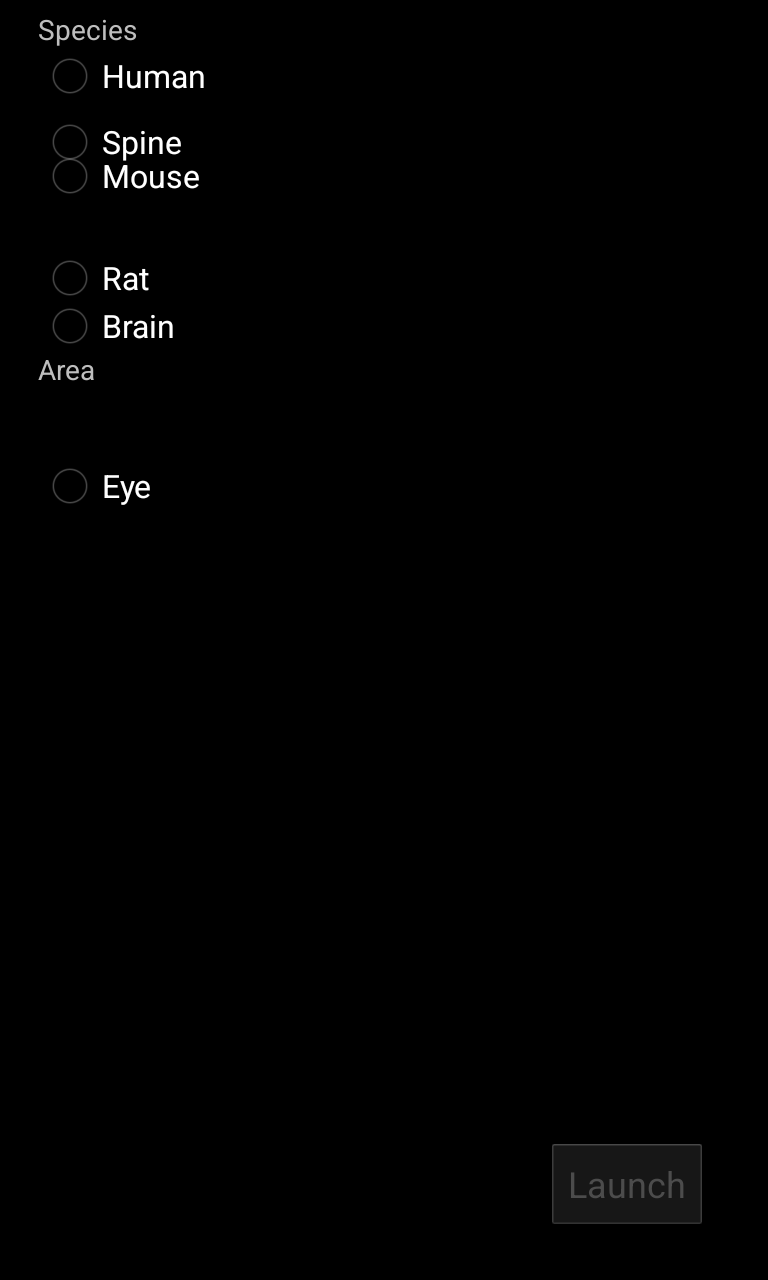
Repository: Ekarg/CSCE315Project3
Layout: Project3/res/layout/activity_main.xml
The author's editor kept a copy of each file at every save. The layout is drawn from the files as they stood at one save, then again after the next save.
It is drawn on a 768 x 1280 px phone screen (xhdpi) without system bars, with theme android:Theme.Holo; the app's code is not run.

Above is the layout before, as saved 2013-11-27 20:01:26.

### Project3/res/layout/activity_main.xml
<RelativeLayout xmlns:android="http://schemas.android.com/apk/res/android"
    xmlns:tools="http://schemas.android.com/tools"
    android:layout_width="match_parent"
    android:layout_height="match_parent"
    android:paddingBottom="5dp"
    android:paddingLeft="5dp"
    android:paddingRight="5dp"
    android:paddingTop="5dp"
    tools:context=".MainActivity" >

    <Button
        android:id="@+id/button1"
        android:layout_width="wrap_content"
        android:layout_height="wrap_content"
        android:layout_alignParentBottom="true"
        android:layout_alignParentRight="true"
        android:layout_marginBottom="19dp"
        android:layout_marginRight="24dp"
        android:enabled = "false"
		android:onClick="launch"
        android:text="@string/Button" />

    <TextView
        android:id="@+id/textView1"
        android:layout_width="wrap_content"
        android:layout_height="wrap_content"
        android:layout_marginLeft="14dp"
        android:layout_alignParentTop="true"
        android:text="@string/species" />

   <RadioGroup
        android:id="@+id/radioGroup1"
        android:layout_width="fill_parent"
        android:layout_height="wrap_content"
        android:layout_alignParentTop="true"
        android:layout_centerHorizontal="true"
        android:orientation="vertical" >

        <RadioButton
            android:id="@+id/radioButton1"
            android:layout_width="wrap_content"
            android:layout_height="wrap_content"
            android:layout_marginLeft="14dp"
            android:checked = "false"
            android:layout_marginTop="17dp"
            android:text="@string/human"
            android:onClick="onRadioButtonClicked"/>

        <RadioButton
            android:id="@+id/radioButton2"
            android:layout_width="wrap_content"
            android:layout_height="wrap_content"
            android:layout_marginLeft="14dp"
            android:checked = "false"
            android:layout_marginTop="18dp"
            android:text="@string/mouse"
            android:onClick="onRadioButtonClicked"/>

        <RadioButton
            android:id="@+id/radioButton3"
            android:layout_width="wrap_content"
            android:layout_height="wrap_content"
            android:layout_marginLeft="14dp"
            android:checked = "false"
            android:layout_marginTop="19dp"
            android:text="@string/rat"
            android:onClick="onRadioButtonClicked"/>
    </RadioGroup>

    <TextView
        android:id="@+id/textView2"
        android:layout_width="wrap_content"
        android:layout_height="wrap_content"
        android:layout_alignLeft="@+id/textView1"
        android:layout_below="@+id/radioGroup1"
        android:layout_marginTop="20dp"
        android:text="@string/area"
        android:onClick="onRadioButtonClicked" />

     <RadioGroup
        android:id="@+id/radioGroup2"
        android:layout_width="fill_parent"
        android:layout_height="wrap_content"
        android:checked = "false"
        android:layout_alignParentTop="true"
        android:layout_centerHorizontal="true"
        android:orientation="vertical" >

	    <RadioButton
	        android:id="@+id/radioButton4"
	        android:layout_width="wrap_content"
	        android:layout_height="wrap_content"
	        android:checked = "false"
	        android:layout_marginLeft="14dp"
	        android:layout_marginTop="50dp"
	        android:text="@string/spine"
	        android:onClick="onRadioButtonClicked"/>

	    <RadioButton
	        android:id="@+id/radioButton5"
	        android:layout_width="wrap_content"
	        android:layout_height="wrap_content"
	        android:layout_marginLeft="14dp"
	        android:layout_marginTop="60dp"
	        android:checked="false"
	        android:onClick="onRadioButtonClicked"
	        android:text="@string/brain" />

	     <RadioButton
         android:id="@+id/radioButton6"
         android:layout_width="wrap_content"
         android:layout_height="wrap_content"
         android:checked = "false"
         android:layout_marginLeft="14dp"
         android:layout_marginTop="48dp"
         android:text="@string/eye"
         android:onClick="onRadioButtonClicked" />
	</RadioGroup>



</RelativeLayout>

### Project3/res/values/strings.xml
<?xml version="1.0" encoding="utf-8"?>
<resources>

    <string name="app_name">Show Me the.... Neuron!</string>
    <string name="action_settings">Settings</string>
    <string name="hello_world">Hello world!</string>
    <string name="Button">Launch</string>
    <string name="title_activity_second">Neuron Display</string>
    <string name="species">Species</string>
    <string name="human">Human</string>
    <string name="mouse">Mouse</string>
    <string name="rat">Rat</string>
    <string name="area">Area</string>
    <string name="eye">Eye</string>
    <string name="brain">Brain</string>
    <string name="spine">Spine</string>


</resources>

After the next save:
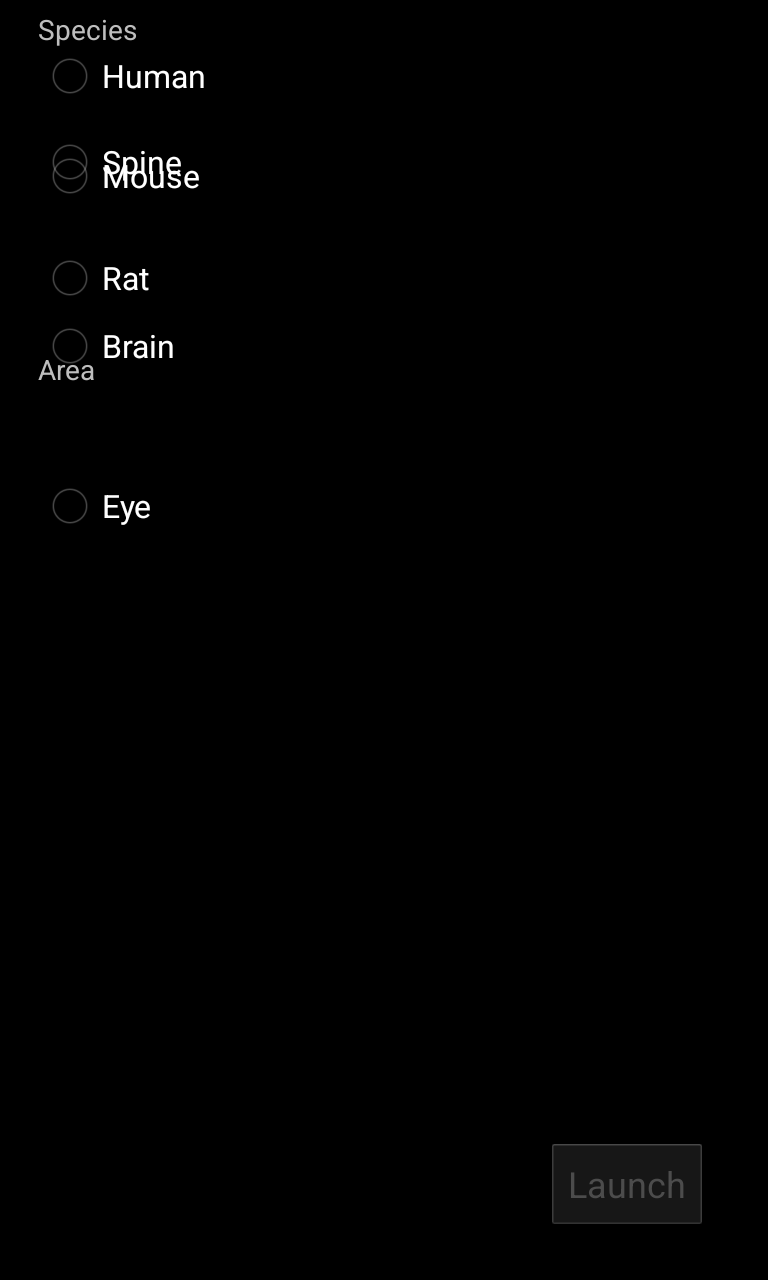
Saved 9 s later.
--- a/Project3/res/layout/activity_main.xml
+++ b/Project3/res/layout/activity_main.xml
@@ -92,7 +92,7 @@
 	        android:layout_height="wrap_content"
 	        android:checked = "false"
 	        android:layout_marginLeft="14dp"
-	        android:layout_marginTop="50dp"
+	        android:layout_marginTop="60dp"
 	        android:text="@string/spine"
 	        android:onClick="onRadioButtonClicked"/>
 
